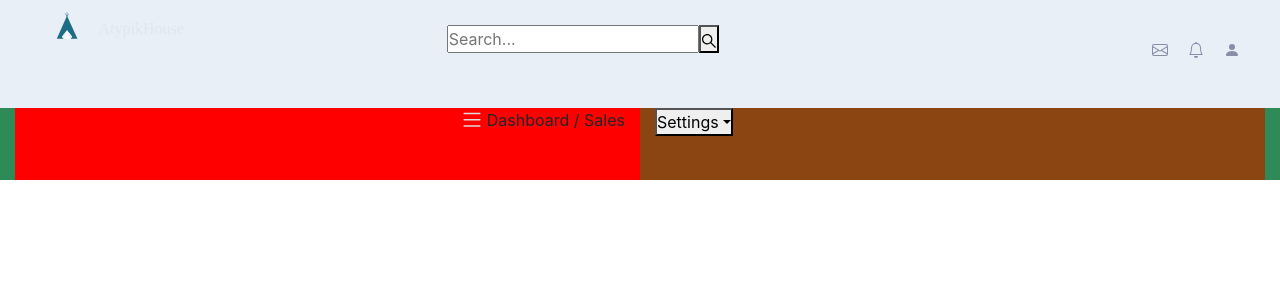
Repository: kifack/API-Symfony-AtypikHouse
Page: / (app in admin-frontend/)
An editor plug-in stored every save of this project. The page is shown before and after the next save, followed by the edit.
The browser window is 1280 px wide. The pictures show the whole page.
Some web libraries are served in a nearby version. The project was rebuilt for these pictures with package versions that can differ from the ones it lists, and the page was loaded fresh each time. Also part of the build but not shown: admin-frontend/src/css/Responsive.css, admin-frontend/src/css/admin/navbar.css, admin-frontend/src/components/template_parts/Header.js, admin-frontend/src/components/template_parts/Footer.js, admin-frontend/src/components/template_parts/Sidebar.js, admin-frontend/src/components/partials/LocationEntry.js, admin-frontend/src/components/template_parts/Spinner.js, admin-frontend/src/actions/location.js and 26 more.

Above is the page before, as saved 2020-10-01 19:41:51.

After the next save:
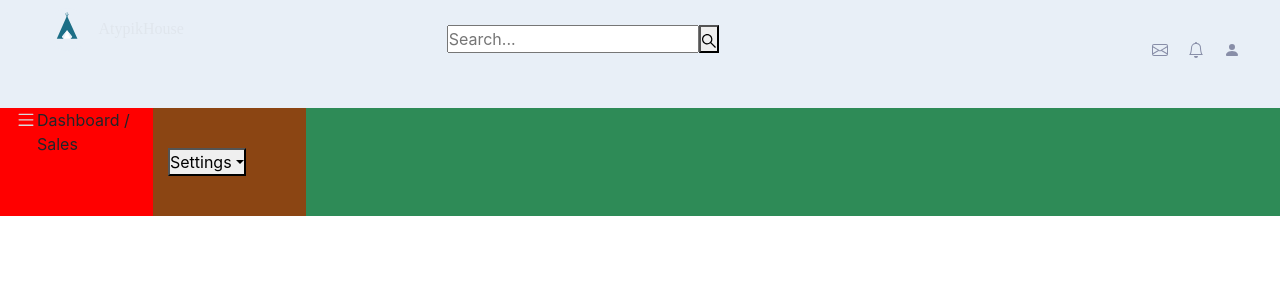
Saved 43 s later.
--- a/admin-frontend/src/css/App.css
+++ b/admin-frontend/src/css/App.css
@@ -163,24 +163,12 @@ header .sous-header{
 
 header .sous-header .col:first-child{
   width: 30%;
-  height: 10vh;
+  height: 15vh;
   background-color: red;
 
 }
-
-header .sous-header .col:nth-child(2){
-  width: 30%;
-  height: 10vh;
-
-
-}
-
 header .sous-header .row{
   background-color: saddlebrown;
-  width: 100%;
-  height: 10vh;
-  margin: 0;
-  padding: 0;
 
 }
 header .sous-header .container{
